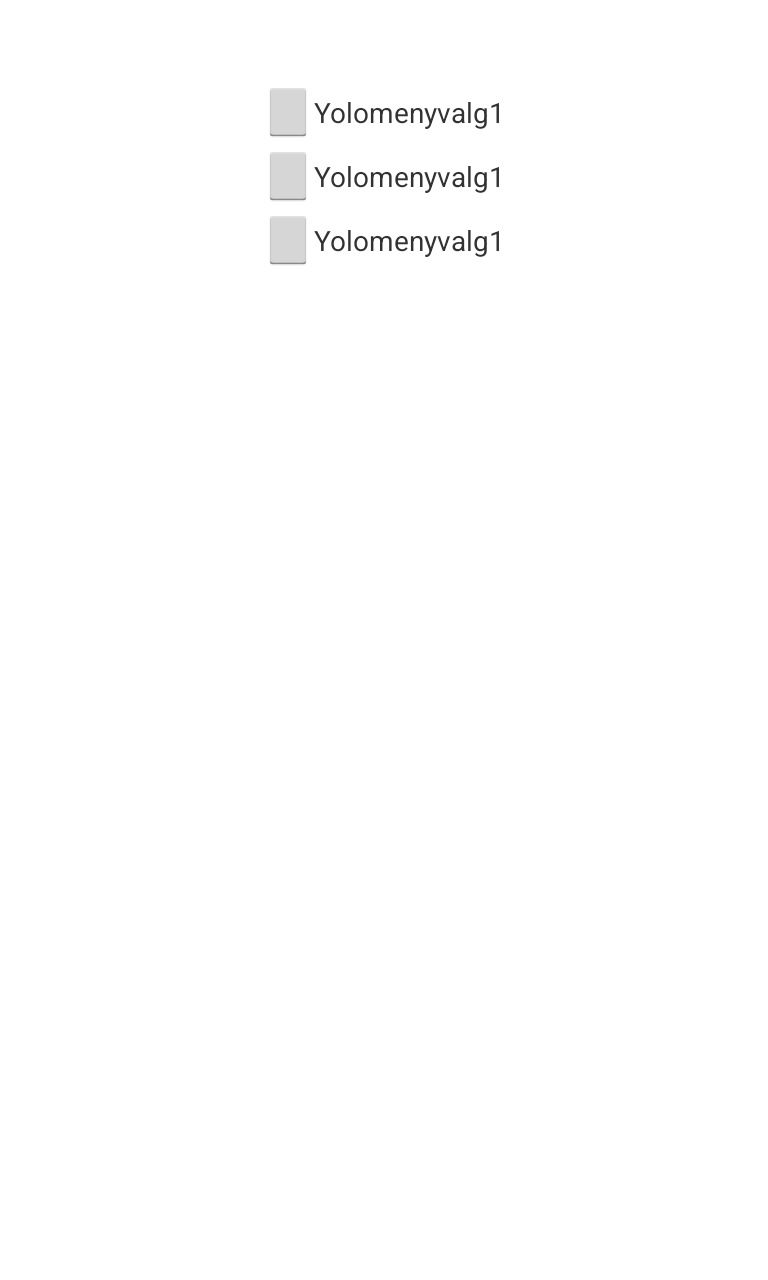
Repository: pumalove/workspace
Layout: MainActivity/res/layout/gridview.xml
The author's editor kept a copy of each file at every save. The layout is drawn from the files as they stood at one save, then again after the next save.
It is drawn on a 768 x 1280 px phone screen (xhdpi) without system bars, with theme AppTheme; the app's code is not run. Lists and similar views that code fills are empty.

Above is the layout before, as saved 2014-03-17 11:06:43.

### MainActivity/res/layout/gridview.xml
<?xml version="1.0" encoding="utf-8"?>
<LinearLayout xmlns:android="http://schemas.android.com/apk/res/android"
    android:layout_width="match_parent"
    android:layout_height="wrap_content"
    android:orientation="vertical"
    android:padding="20dp">

    <LinearLayout
        android:layout_marginBottom="20dp"
        android:layout_width="fill_parent"
        android:layout_height="wrap_content">

        <GridView
            android:id="@+id/gridview"
            android:layout_width="fill_parent"
            android:layout_height="wrap_content"
            android:columnWidth="90dp"
            android:numColumns="auto_fit"
            android:verticalSpacing="10dp"
            android:horizontalSpacing="10dp"
            android:stretchMode="columnWidth"
            android:gravity="center"
            />
	</LinearLayout>


    <LinearLayout
        android:id="@+id/linearlayout2"
        android:layout_width="fill_parent"
        android:layout_height="wrap_content"
        android:layout_gravity="center"
        android:orientation="vertical"
        android:layout_below="@id/gridview">

        <LinearLayout
            android:id="@+id/customButton1"
            android:layout_width="fill_parent"
            android:layout_height="wrap_content"
            android:orientation="horizontal"
            android:gravity="center"
            android:clickable="true">

            <ImageButton
                android:id="@+id/imageButton"
                android:layout_width="wrap_content"
                android:layout_height="wrap_content"
                android:layout_gravity="center"
                />

            <TextView
                android:layout_width="wrap_content"
                android:layout_height="wrap_content"
                android:text="Yolomenyvalg1"/>

            </LinearLayout>


        <LinearLayout
            android:id="@+id/customButton2"
            android:layout_width="fill_parent"
            android:layout_height="wrap_content"
            android:orientation="horizontal"
            android:gravity="center"
            android:clickable="true">

            <ImageButton
                android:layout_width="wrap_content"
                android:layout_height="wrap_content"
                android:id="@+id/imageButton2"
                android:layout_gravity="center"
                />

            <TextView
                android:layout_width="wrap_content"
                android:layout_height="wrap_content"
                android:text="Yolomenyvalg1"/>

        </LinearLayout>

        <LinearLayout
            android:id="@+id/customButton3"
            android:layout_width="fill_parent"
            android:layout_height="wrap_content"
            android:orientation="horizontal"
            android:gravity="center"
            android:clickable="true">

            <ImageButton
                android:layout_width="wrap_content"
                android:layout_height="wrap_content"
                android:id="@+id/imageButton3"
                android:layout_gravity="center"
                />

            <TextView
                android:layout_width="wrap_content"
                android:layout_height="wrap_content"
                android:text="Yolomenyvalg1"/>

        </LinearLayout>
    </LinearLayout>



</LinearLayout>

Loaded but not shown: MainActivity/res/values/styles.xml (common file); MainActivity/res/values-v11/styles.xml (common file); MainActivity/res/values-v14/styles.xml (common file)

After the next save:
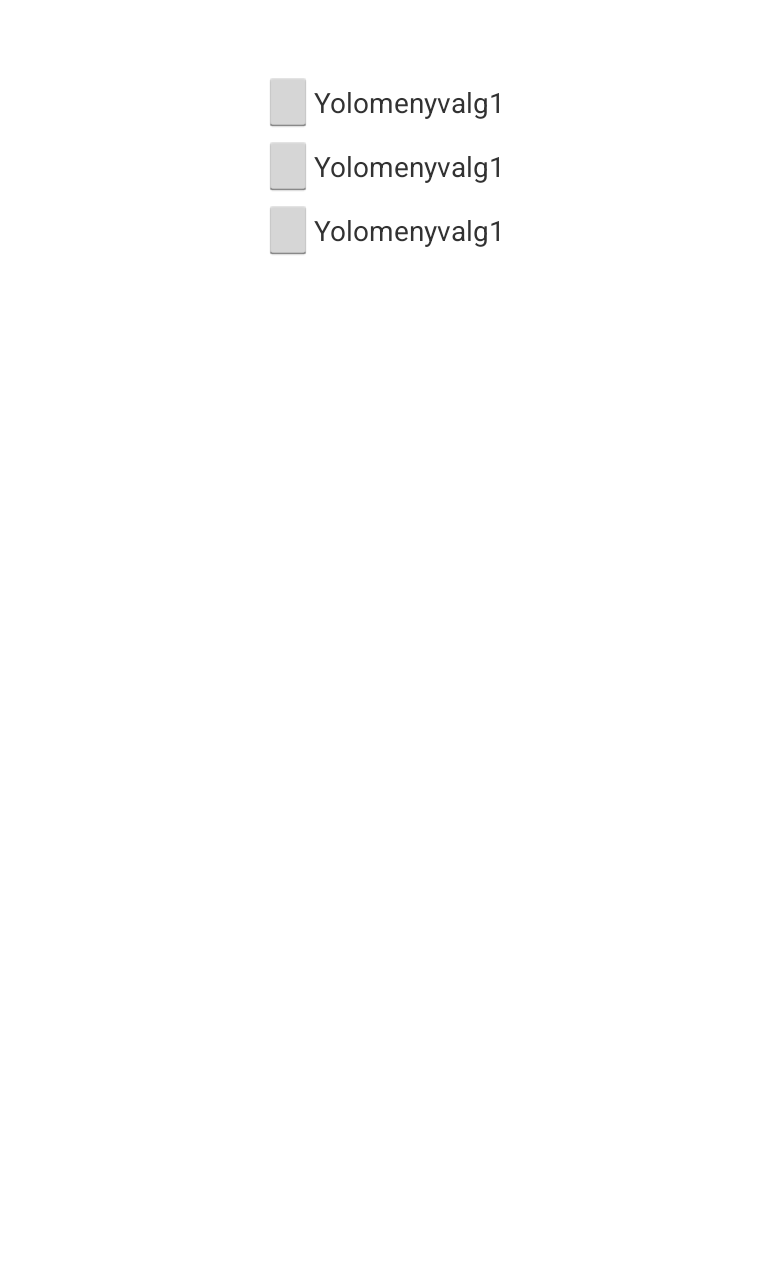
Saved 90 s later.
--- a/MainActivity/res/layout/gridview.xml
+++ b/MainActivity/res/layout/gridview.xml
@@ -3,7 +3,7 @@
     android:layout_width="match_parent"
     android:layout_height="wrap_content"
     android:orientation="vertical"
-    android:padding="20dp">
+    android:padding="15dp">
 
     <LinearLayout
         android:layout_marginBottom="20dp"
